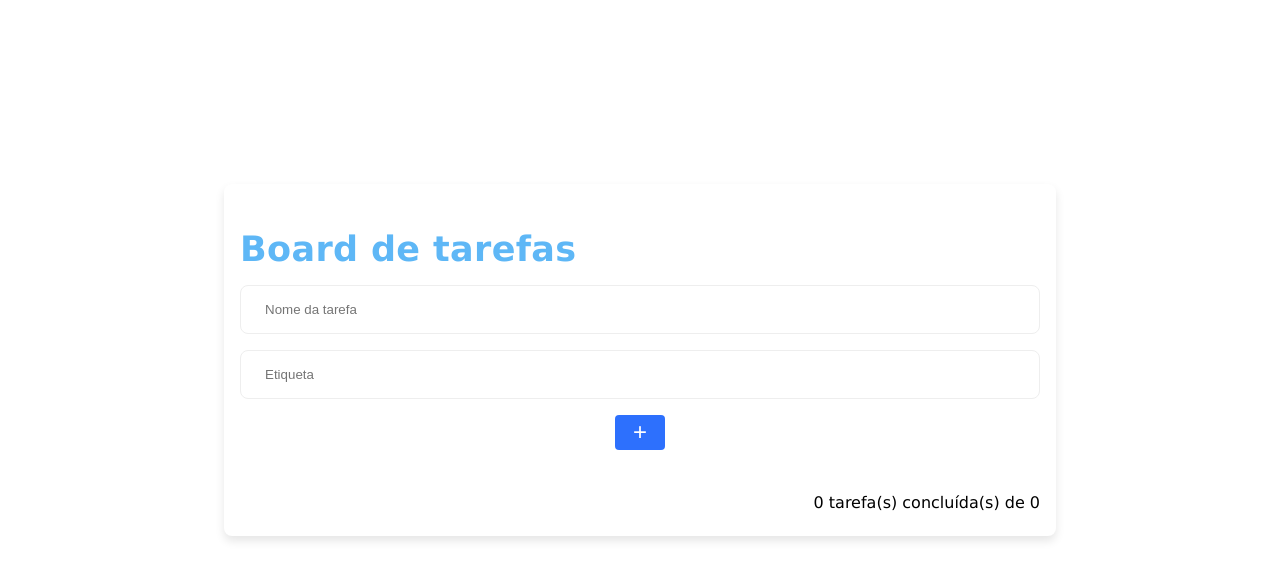
Repository: elasoares/RID187500_Desafio3
Page: index.html
An editor plug-in stored every save of this project. The page is shown before and after the next save, followed by the edit.
The browser window is 1280 px wide. The pictures show the whole page.

Above is the page before, as saved 2024-12-03 19:35:20.

### index.html
<!DOCTYPE html>
<html lang="pt">
<head>
    <meta charset="UTF-8">
    <meta name="viewport" content="width=device-width, initial-scale=1.0">
    <title>To-Do</title>
    <link rel="stylesheet" href="style.css">
<body>
    <main>
        <header>
            <h1>Board de tarefas</h1>
        </header>
        <section id="create-todo-section">
            <form id="create-todo-form">
                <input
                type="text"
                id="descricao"
                name="descricao"
                placeholder="Nome da tarefa"
                aria-label="Nome da tarefa"
                class="input-nome-tarefa"
            />
            <input
                type="text"
                id="etiqueta"
                name="etiqueta"
                placeholder="Etiqueta"
                aria-label="Etiqueta"
                class="input-etiqueta"
            />
            <div class="container-btn">
                <button type="submit" aria-label="Cadastrar tarefa" class="add-tarefa-btn">+</button>
            </div>
            </form>
        </section>
        <section class="todo-list-section">
            <ul id="todo-list">
            </ul>
        </section>
        <footer id="todo-footer">

        </footer>
    </main>
    <script src="js.js"></script>
</body>
</html>

### style.css
html {
    width: 100%;
    height: auto;

    box-sizing: border-box;
    font-size: 10px;
    font-family: 'Lucida Sans Regular', 'Lucida Grande', 'Lucida Sans Unicode';
}

body {
    width: 100%;
    height: 100vh;
    margin: 0;
    padding: 0;
    display: flex;
    justify-content: center;
    align-items: center;
}

header{
    width: 100%;
}

    h1 {
    font-family: 'Lucida Sans Regular', 'Lucida Grande', 'Lucida Sans Unicode';
    font-size: 32px;
    font-weight: 600;
    line-height: 37.92px;
    letter-spacing: 0.01em;
    text-align: left;
    text-underline-position: from-font;
    text-decoration-skip-ink: none;
    color: #000;
}

main {
    width: 100%;
    height: auto;
    max-width: 42rem;
    background-color: #fff;
    border-radius: 0.8rem;
    padding: 3rem 2.4rem;
    box-shadow: 0 0.5rem 1rem rgba(0, 0, 0, 0.1);
    display: flex;
    justify-content: flex-start;
    align-items: center;
    flex-direction: column;

}


.todo-list-section {
    display: flex;
    flex-direction: column;
    align-items: center;
    justify-content: center;
    width: 100%;
    height: auto;
    gap: 8px;
}

.todo-list-section ul {
    padding-inline-start: 0;
    height: 20rem;
    overflow: auto;
    width: 100%;
    display: flex;
    flex-direction: column;
    align-items: center;
    justify-content: center;
    height: auto;
    gap: 8px;
}

.todo-list-section ul li {
    width: 80%;
    height: 120px;
    padding: 24px 32px 24px 32px;
    margin-top: 5px;
    border-radius: 16px;
    border: 1px solid #EEEEEE;
    list-style: none;
    display: flex;
    flex-direction: column;
    align-items: flex-start;
    justify-content: center;
    gap: 16px;
}

.todo-list-section ul li:last-child {
    margin-bottom: 0;
}



.complete-task-btn {
    background: #2D70FD;
    width: 121px;
    height:44px;
    padding: 12px 24px 12px 24px;
    gap: 8px;
    border-radius: 4px;
    border: 1px solid #2D70FD;
    color: #fff;
    font-family: 'Lucida Sans Regular', 'Lucida Grande', 'Lucida Sans Unicode';
    font-size: 18px;
    font-weight: 500;
    text-align: center;
    align-self: center;
}




#create-todo-section {
    width: 100%;
    height: 150px;
    display: flex;
    flex-direction: column;
    align-items: flex-start;
    justify-content: center;
}

#create-todo-form {
    font-size: 1.6rem;
    display: flex;
    flex-direction: column;
    width: 100%;
    gap: 16px;
}
input{
    width: Fill (311px)px;
    height: Fixed (50px)px;
    padding: 16px 24px 16px 24px;
    gap: 10px;
    border-radius: 8px;
    border: 1px solid #EEEEEE

}

input:focus {
    border: 1px solid #5eb7f6;
}



.container-btn{
    display: flex;
    align-items: center;
    justify-content: center;
    width: 100%;
}

.add-tarefa-btn {
    width: 100%;
    height: 4rem;
    color: #fff;
    background-color: #2D70FD;
    border-radius: 4px;
    font-size: 2.4rem;
    cursor: pointer;
    border: none;
}

.add-tarefa-btn:hover {
    opacity: 0.8;
}


.task-details{
    display: flex;
    align-items: flex-start;
    justify-content: center;
    flex-direction: column;
    gap: 5px;
}

.task-text{
    font-family: 'Lucida Sans Regular', 'Lucida Grande', 'Lucida Sans Unicode';
    font-size: 1.5rem;
    font-weight: 500;
    line-height: 17.6px;
    letter-spacing: 0.01em;
    text-underline-position: from-font;
    text-decoration-skip-ink: none;

}

.todo-item.completed .task-text {
    text-decoration: line-through;
    color: #bbbbbb;
    font-family: 'Lucida Sans Regular', 'Lucida Grande', 'Lucida Sans Unicode';
    font-size: 1.5rem;
    font-weight: 500;
    line-height: 17.6px;
    letter-spacing: 0.01em;
    text-decoration-line: line-through;
    text-underline-position: from-font;
    text-decoration-skip-ink: none;

}

.todo-item.completed .task-completed-icon {
    font-size: 1.6rem;
    color: #fff;
    align-self: center;
    width: 32px;
    height: 32px;
    border-radius: 32px;
    background: #00D8A7;
    display: flex;
    align-items: center;
    justify-content: center;
}

.task-label {
    width: 67px;
    height: 21px;
    border-radius: 16px;
    border: 1px 0px 0px 0px;
    background: #FFFFFF;
    font-size: 1.2rem;
    border: 1px solid #b2bec3;
    display: flex;
    align-items: center;
    justify-content: center;
    color: #b2bec3;
}

.task-date {
    font-size: 1.2rem;
    color: #b2bec3;
    margin-top: 0.4rem;
}


#todo-footer {
    width: 100%;
    display: flex;
    justify-content: flex-end;
    font-size: 1.6rem;
    align-items: flex-end;
    height: 50px;
}

@media (min-width: 768px) {
    main {
        max-width: 50rem;
        padding: 2.4rem 1.6rem;
    }

    h1 {
        color: #da5c3e;
    }

    .todo-list-section ul li {
        font-size: 1.5rem;
    }

    .add-tarefa-btn {
        width: 5rem;
        height: 3.5rem;
    }

    #nome-tarefa {
        font-size: 1.5rem;
    }
    .remove-done-task-btn {
        font-size: 1.5rem;
        padding: 0 1rem;
    }
}

@media (min-width: 980px) {
    main {
        max-width: 80rem;
        padding: 2.4rem 1.6rem;
    }
    h1 {
        font-size: 3.5rem;
        color: #5eb7f6;
    }

    .remove-done-task-btn {
        font-size: 1.8rem;
        padding: 0 1rem;
    }
}

### js.js
const createTaskListItem = (tarefa) => {
    const lista = document.getElementById("todo-list");

    const toDo = document.createElement('li');
    toDo.className = `todo-item ${tarefa.checado ? 'completed' : ''}`;
    toDo.id = tarefa.id;

    // Criar o conteúdo da tarefa
    const taskDetails = document.createElement('span');
    taskDetails.className = 'task-details';
    taskDetails.innerHTML = `
        <span class="task-text ${tarefa.checado ? 'completed-text' : ''}">${tarefa.descricao}</span>
        <span class="task-label">${tarefa.etiqueta}</span>
        <span class="task-date">Criado em: ${tarefa.data}</span>

    `;


    if (!tarefa.checado) {
        const completeButton = document.createElement('button');
        completeButton.textContent = 'Concluir';
        completeButton.className = 'complete-task-btn';
        completeButton.onclick = () => markTaskAsCompleted(tarefa.id);

        toDo.appendChild(taskDetails);
        toDo.appendChild(completeButton);
    } else {
        const completedIcon = document.createElement('span');
        completedIcon.textContent = '✔';
        completedIcon.className = 'task-completed-icon';

        toDo.appendChild(taskDetails);
        toDo.appendChild(completedIcon);
    }

    lista.appendChild(toDo);
};

const markTaskAsCompleted = (taskId) => {
    const tarefas = getTasksFromLocalStorage();
    const updatedTasks = tarefas.map((task) => {
        if (task.id === taskId) {
            task.checado = true;
        }
        return task;
    });

    setTaskInLocalStorage(updatedTasks);


    const taskElement = document.getElementById(taskId);
    if (taskElement) {
        taskElement.remove();
    }
    const tarefa = updatedTasks.find((task) => task.id === taskId);
    createTaskListItem(tarefa);

    renderTaskProgressData(updatedTasks);
};

const getTasksFromLocalStorage = () => {
    const localTasks = JSON.parse(window.localStorage.getItem('tasks'));
    return localTasks ? localTasks : [];
};

const setTaskInLocalStorage = (tarefas) => {
    window.localStorage.setItem('tasks', JSON.stringify(tarefas));
};

const renderTaskProgressData = (tasks) => {
    const tasksProgress = document.getElementById('tasks-progress') || document.createElement('span');
    tasksProgress.id = 'tasks-progress';

    const doneTasks = tasks.filter(({ checado }) => checado).length;
    const totalTasks = tasks.length;

    tasksProgress.textContent = `${doneTasks} tarefa(s) concluída(s) de ${totalTasks}`;
    document.getElementById('todo-footer').appendChild(tasksProgress);
};

const createTask = (event) => {
    event.preventDefault();

    const descricao = event.target.elements.descricao.value;
    const etiqueta = event.target.elements.etiqueta.value;
    const id = new Date().getTime();
    const data = new Date().toLocaleDateString();
    const checado = false;

    const newTask = { id, descricao, etiqueta, data, checado };

    const tarefas = getTasksFromLocalStorage();
    const updatedTasks = [...tarefas, newTask];
    setTaskInLocalStorage(updatedTasks);

    createTaskListItem(newTask);
    event.target.reset(); // Limpar o formulário
    renderTaskProgressData(updatedTasks);
};

window.onload = () => {
    const form = document.getElementById('create-todo-form');
    form.addEventListener('submit', createTask);

    const tarefas = getTasksFromLocalStorage();
    tarefas.forEach((tarefa) => createTaskListItem(tarefa));
    renderTaskProgressData(tarefas);
};

After the next save:
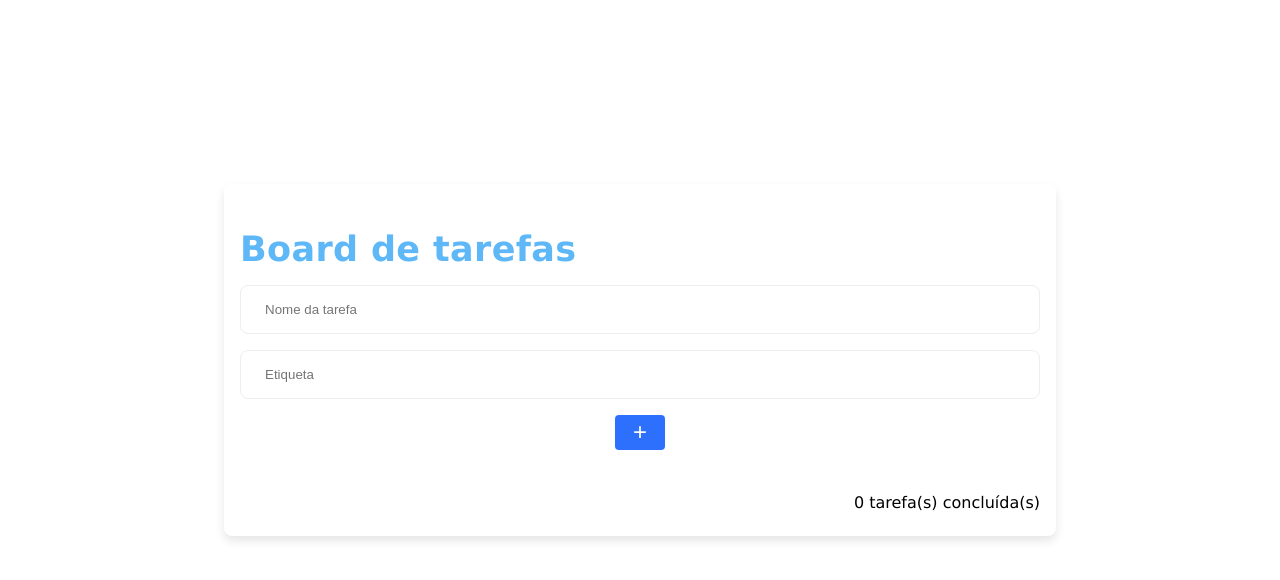
Saved 35 s later.
--- a/js.js
+++ b/js.js
@@ -74,7 +74,7 @@ const renderTaskProgressData = (tasks) => {
     const doneTasks = tasks.filter(({ checado }) => checado).length;
     const totalTasks = tasks.length;
 
-    tasksProgress.textContent = `${doneTasks} tarefa(s) concluída(s) de ${totalTasks}`;
+    tasksProgress.textContent = `${doneTasks} tarefa(s) concluída(s)`;
     document.getElementById('todo-footer').appendChild(tasksProgress);
 };
 
